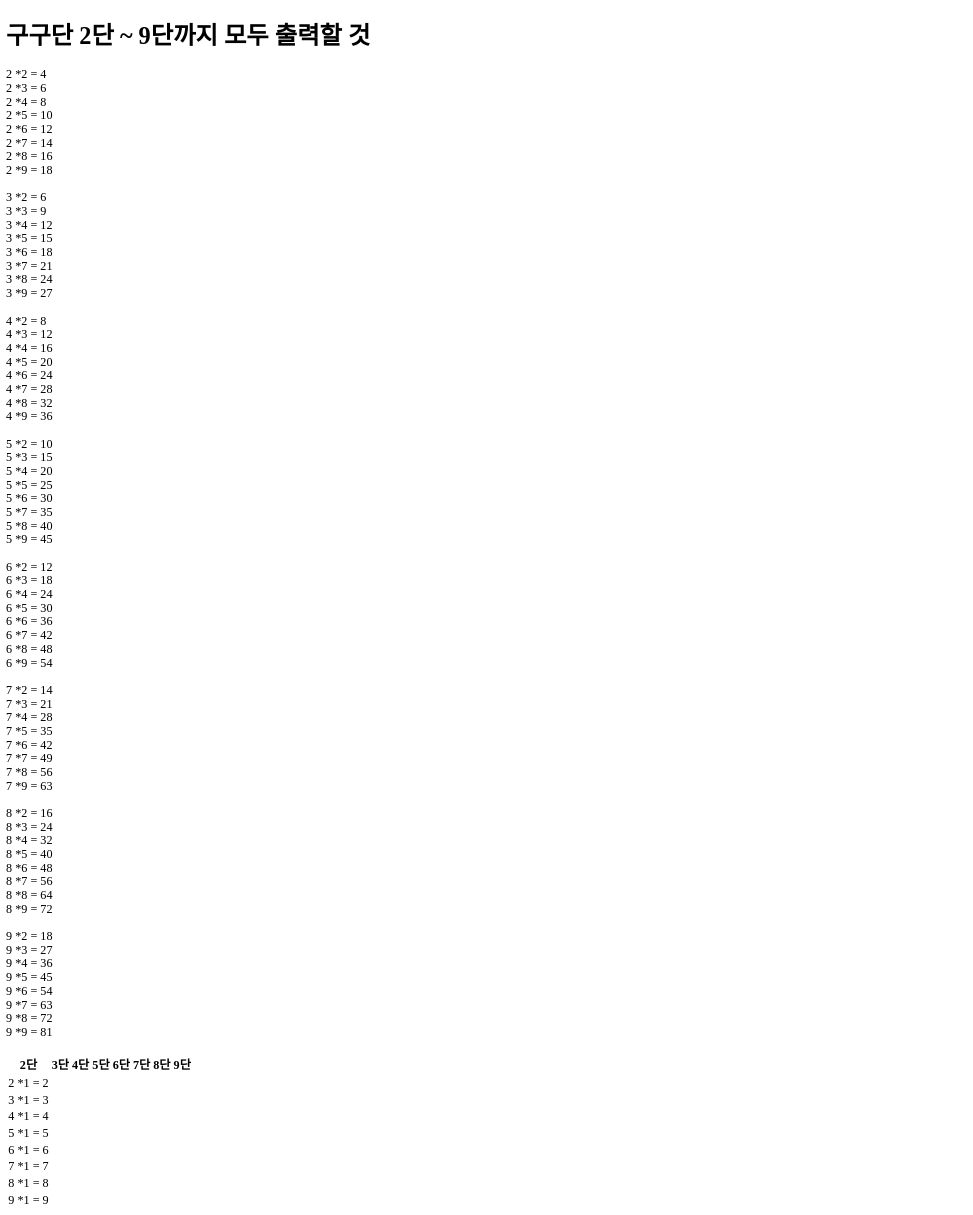
Repository: junirang330/Jsp2026
Page: http://localhost/chapter01/test02.jsp
The author's editor kept a copy of each file at every save. The page is drawn from the files as they stood at one save, then again after the next save.
The browser window is 1280 px wide. The pictures show the whole page, at 76% of full size.
The page is served by Tomcat 9.

Above is the page before, as saved 2026-10-16 03:20:32.

### chapter01/src/main/webapp/test02.jsp
<%@ page language="java" contentType="text/html; charset=UTF-8"
    pageEncoding="UTF-8" import="java.util.*" %>
<!DOCTYPE html>
<html>
<head>
<meta charset="UTF-8">
<title>Insert title here</title>
</head>
<body>
	<h1>구구단 2단 ~ 9단까지 모두 출력할 것</h1>
	<table>
	<tr>
	<% for(int i = 2; i<=9; i++){ %>
	<th>
	<%= i + "단" %>
	</th>
	<% } %>
	</tr>
	<tr>
	<% for(int i = 2; i<=9; i++){ %>
	<td>
	<% for(int j = 1; j<=9; j++){ %>
		<%=i %> *<%=j %> = <%= i*j %><br/>

	</td>
	<%

		}
	%>
	</tr>
	<br/>
	<%
		}

	%>
	</table>
</body>
</html>

After the next save:
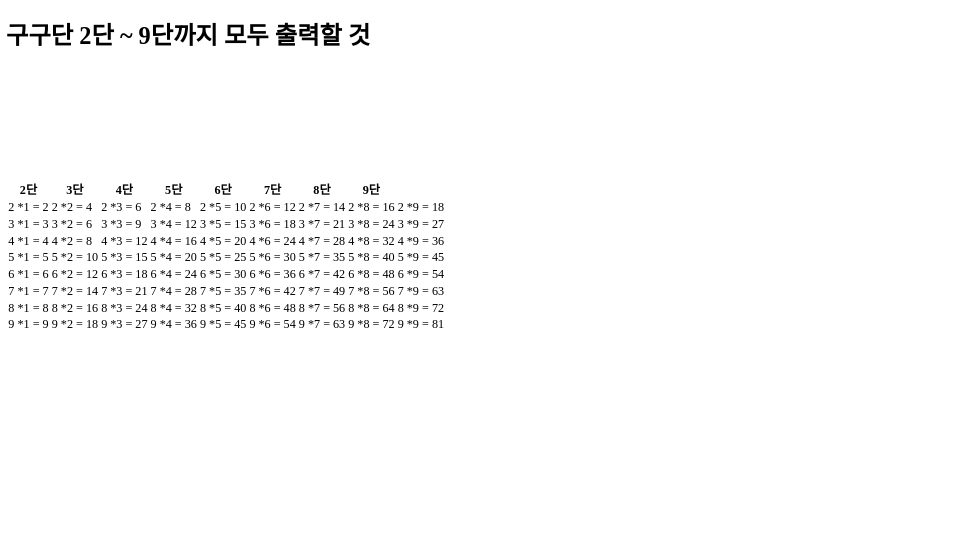
Saved 52 min 54 s later.
--- a/chapter01/src/main/webapp/test02.jsp
+++ b/chapter01/src/main/webapp/test02.jsp
@@ -18,8 +18,8 @@
 	</tr>
 	<tr>
 	<% for(int i = 2; i<=9; i++){ %>
+	<% for(int j = 1; j<=9; j++){ %>
 	<td>
-	<% for(int j = 1; j<=9; j++){ %>
 		<%=i %> *<%=j %> = <%= i*j %><br/>
 
 	</td>
